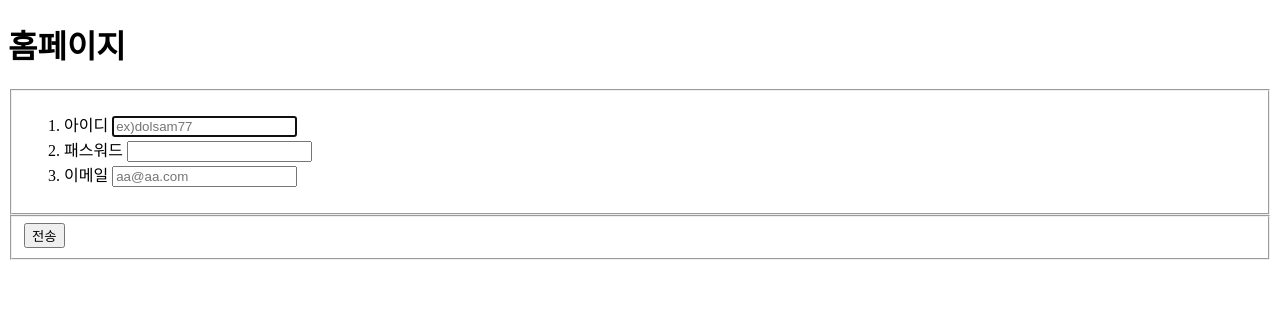
Repository: WonSeungUn/VSCODE
Page: web_work/Html/WebContent/form.html
An editor plug-in stored every save of this project. The page is shown before and after the next save, followed by the edit.
The browser window is 1280 px wide. The pictures show the whole page.

Above is the page before, as saved 2024-07-08 06:08:29.

After the next save:
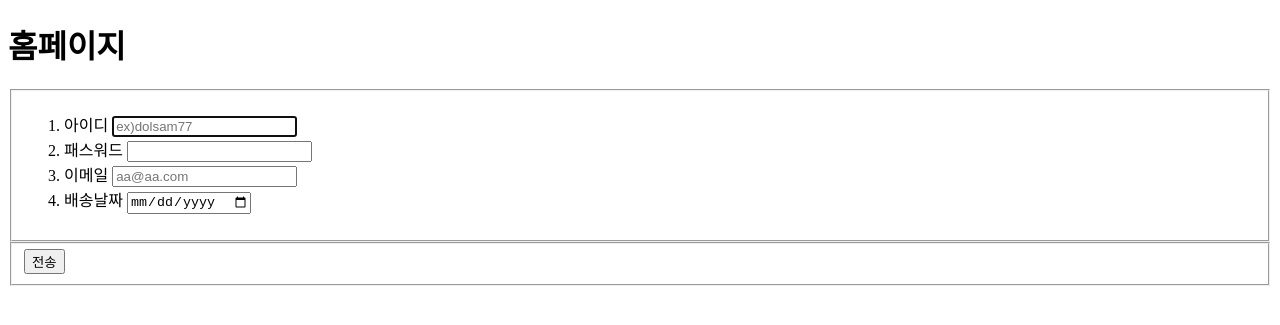
Saved 95 s later.
--- a/web_work/Html/WebContent/form.html
+++ b/web_work/Html/WebContent/form.html
@@ -21,6 +21,10 @@
 					<label>이메일</label>
 					<input type="email" name="userEmail" placeholder="aa@aa.com" required="required">
 				</li>
+				<li>
+					 <label>배송날짜</label>
+					 <input type="date">
+				</li>
 			</ol>
 		</fieldset>
 		<fieldset>
